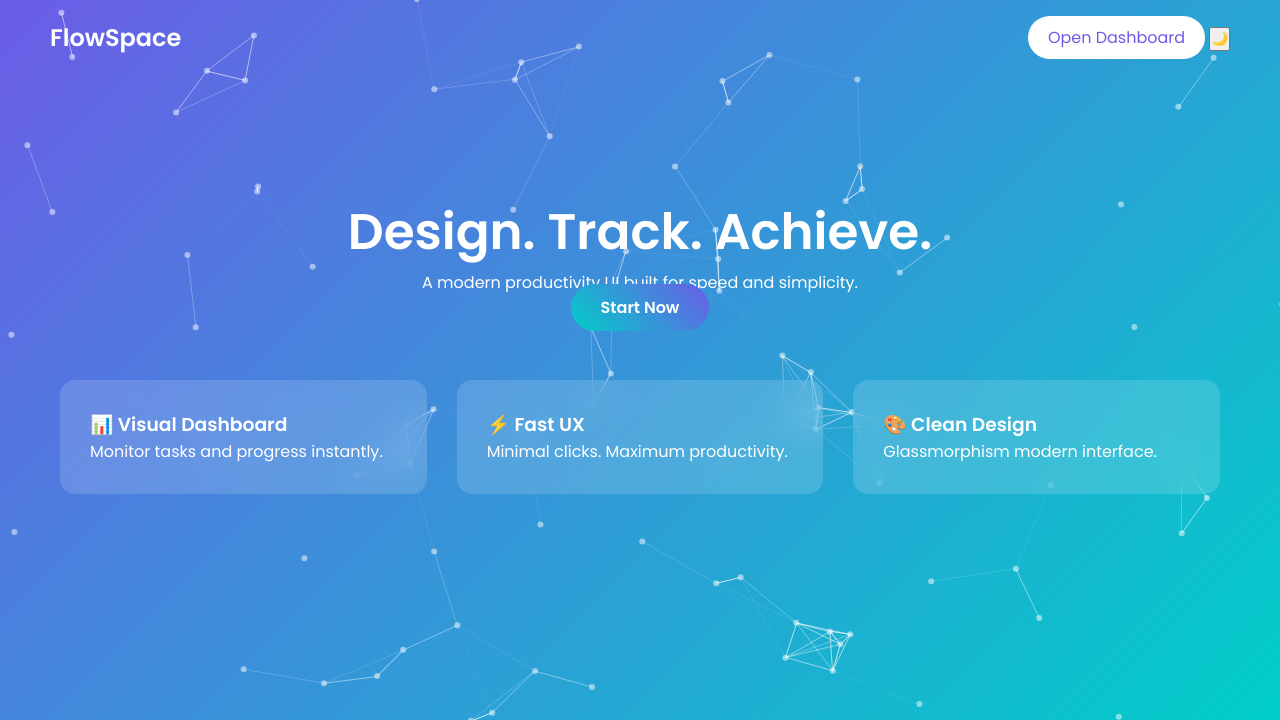
Repository: 07MADARA/flowspace-dashboard
Page: index.html
The author's editor kept a copy of each file at every save. The page is drawn from the files as they stood at one save, then again after the next save.
The browser window is 1280 px wide. The pictures show the whole page.

Above is the page before, as saved 2026-03-15 10:02:00.

After the next save:
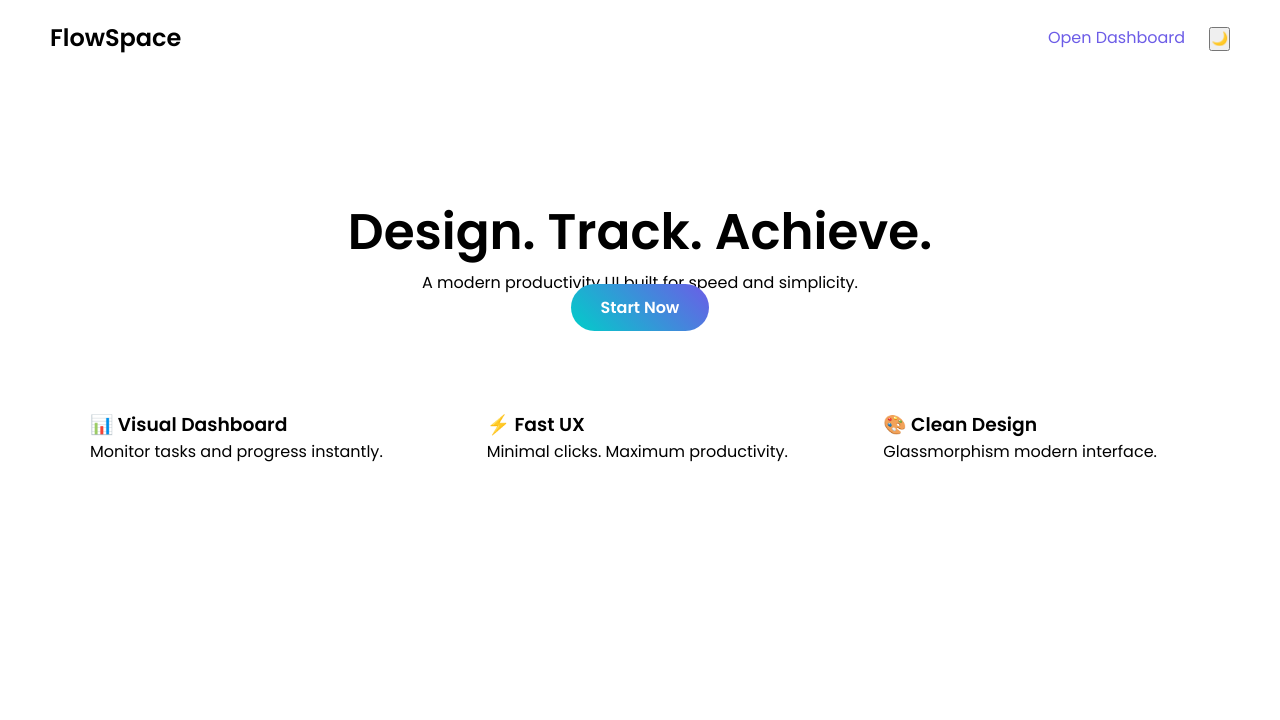
Saved 2 min 10 s later.
--- a/css/style.css
+++ b/css/style.css
@@ -16,13 +16,7 @@ box-sizing:border-box;
 font-family:Poppins;
 }
 
-body{
-
-background:linear-gradient(135deg,#6C5CE7,#00CEC9);
-color:white;
-min-height:100vh;
-
-}
+
 
 /* NAVBAR */
 
